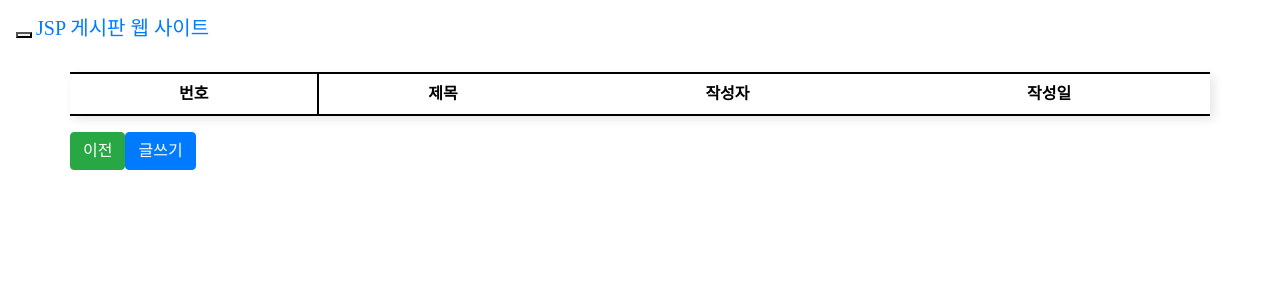
Repository: hz6450/2024-summer-jsp-notice-project
Page: http://localhost/BBS/BBS.jsp?pageNumber=0
An editor plug-in stored every save of this project. The page is shown before and after the next save, followed by the edit.
The browser window is 1280 px wide. The pictures show the whole page.
Some web fonts or font styles are not loaded; a fallback is used. Some web libraries are served in a nearby version. The page is served by Tomcat 10. Queries for data that is not in the repository find no rows.

Above is the page before, as saved 2024-07-12 08:08:47.

After the next save:
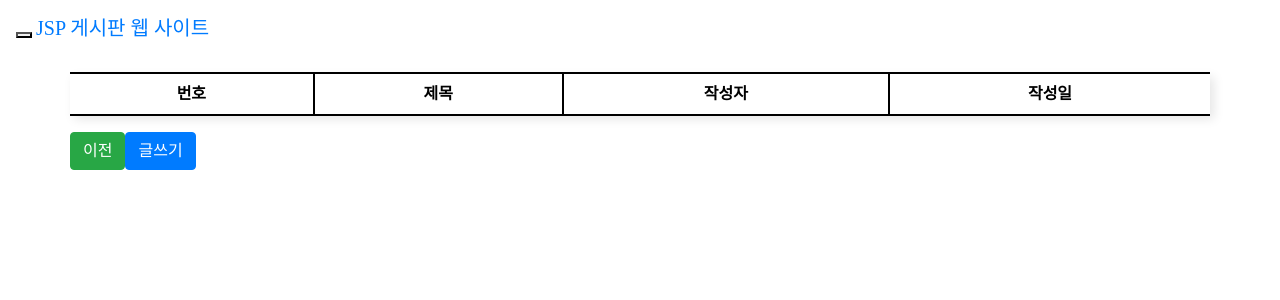
Saved 18 s later.
--- a/projects/BBS/src/main/webapp/BBS.jsp
+++ b/projects/BBS/src/main/webapp/BBS.jsp
@@ -52,8 +52,8 @@
 							<tr>
 								<th id="bbs-th">번호</th>
 								<th id="bbs-th-bor">제목</th>
-								<th id="bbs-th">작성자</th>
-								<th id="bbs-th">작성일</th>
+								<th id="bbs-th-bor">작성자</th>
+								<th id="bbs-th-bor">작성일</th>
 							</tr>
 						</thead>
 						<tbody id="bbs-tr">
